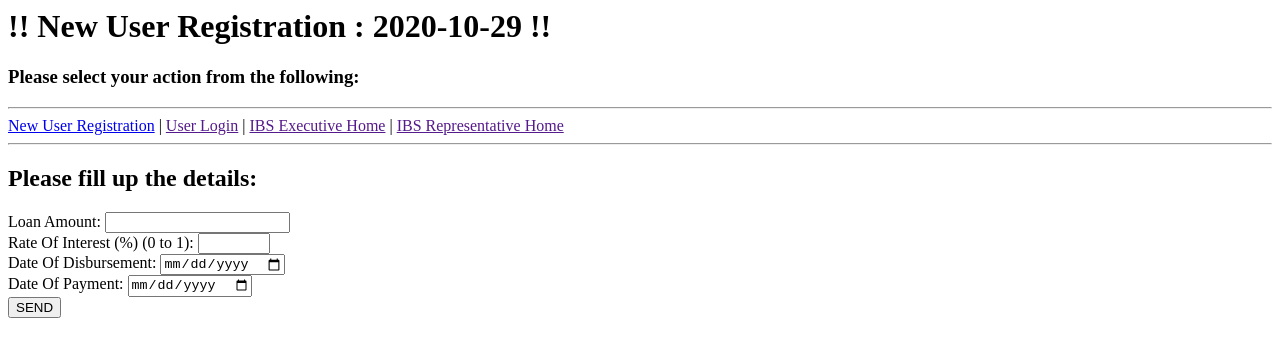
Repository: anik84/ibs
Page: http://localhost/IBS/new_user_registration_form.jsp
These files come from the project's save history. The page is drawn as it stood at one moment and after the next save; the edit follows.
The browser window is 1280 px wide. The pictures show the whole page.
The page is served by Tomcat 9.

Above is the page before, as saved 2020-10-29 05:00:33.

After the next save:
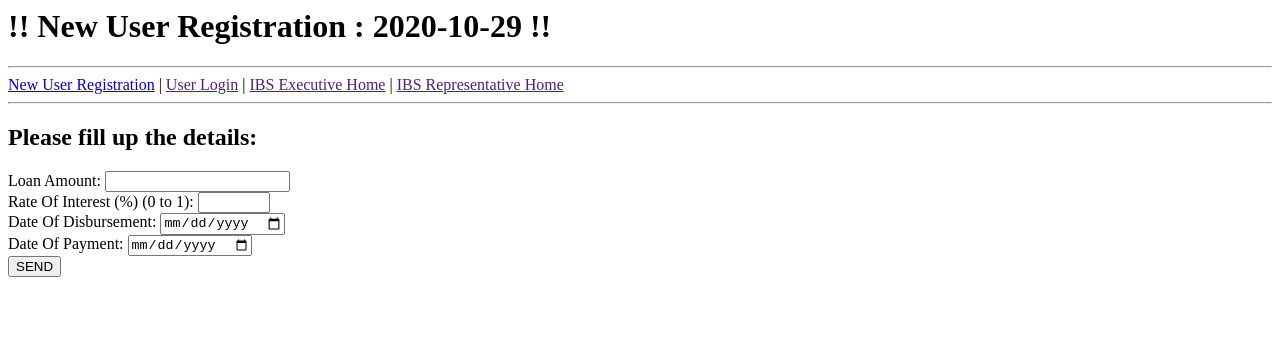
Saved 36 s later.
--- a/IBS_JSPs/IBS/WebContent/new_user_registration_form.jsp
+++ b/IBS_JSPs/IBS/WebContent/new_user_registration_form.jsp
@@ -5,7 +5,6 @@
 	</head>
 	<body>
 		<h1>!! New User Registration : <%=LocalDate.now() %> !!</h1>
-		<h3>Please select your action from the following:</h3>
 		<jsp:include page="user_menu.jsp"/>
 
 		<h2>Please fill up the details:</h2>
